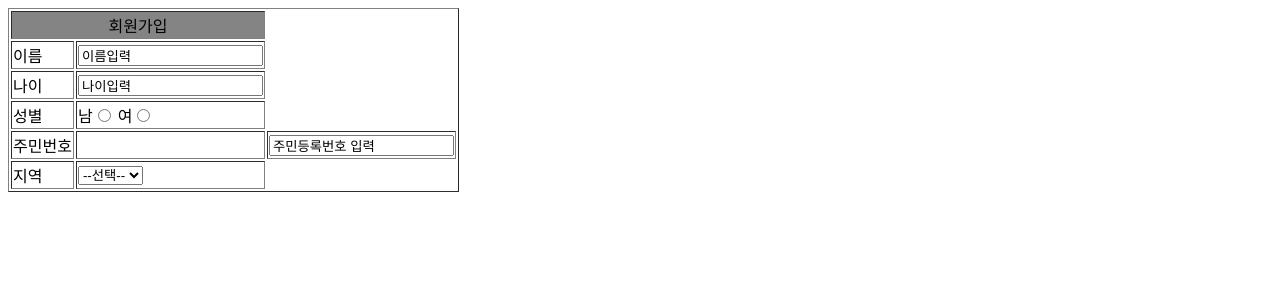
Repository: gunvv00/Java_practice
Page: html_work/html01/WebContent/goods.html
These files come from the project's save history. The page is drawn as it stood at one moment and after the next save; the edit follows.
The browser window is 1280 px wide. The pictures show the whole page.

Above is the page before, as saved 2020-01-02 06:36:58.

### html_work/html01/WebContent/goods.html
<!DOCTYPE html>
<html>
<head>
<meta charset="UTF-8">
<title>Insert title here</title>
</head>
<body>
	<TABLE Border = 1 height = 100 >
	<tr>
		<td bgcolor = "#848484" align = center colspan = "2">회원가입</td>
	</tr>
	<tr>
		<td>이름</td>
		<td><input type = "text" name="name" value = "이름입력"></td>
	</tr>
	<tr>
		<td>나이</td>
		<td><input type = "text" name="age" value = "나이입력"></td>
	</tr>
	<tr>
		<td>성별</td>
		<td>남<input type = "radio" name="gender"/>
			여<input type = "radio" name="gender"/>
		</td>
	</tr>
	<tr>
		<td>주민번호<td>
		<td><input type = "text" name="jumin" value = "주민등록번호 입력"></td>
	</tr>
	<tr>
		<td>지역</td>
		<td>
		<select name = "location">
		<option value="">--선택--</option>
		<option value="j1">서울</option>
		<option value="j2">경기도</option>
		<option value="j3">전라도</option>
		<option value="j3">충청도</option>
		<option value="j3">경상도</option>
		<option value="j3">제주</option>
		</select>
		</td>
	</tr>
	</TABLE>

</body>
</html>

After the next save:
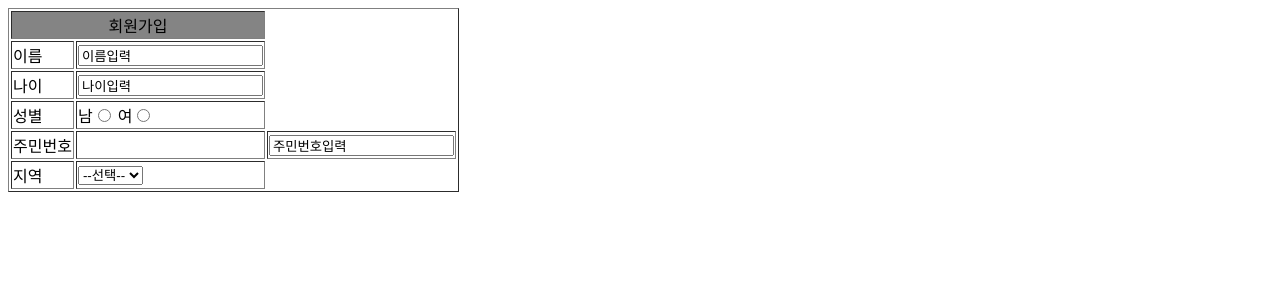
Saved 16 s later.
--- a/html_work/html01/WebContent/goods.html
+++ b/html_work/html01/WebContent/goods.html
@@ -25,7 +25,7 @@
 	</tr>
 	<tr>
 		<td>주민번호<td>
-		<td><input type = "text" name="jumin" value = "주민등록번호 입력"></td>
+		<td><input type = "text" name="jumin" value = "주민번호입력"></td>
 	</tr>
 	<tr>
 		<td>지역</td>
